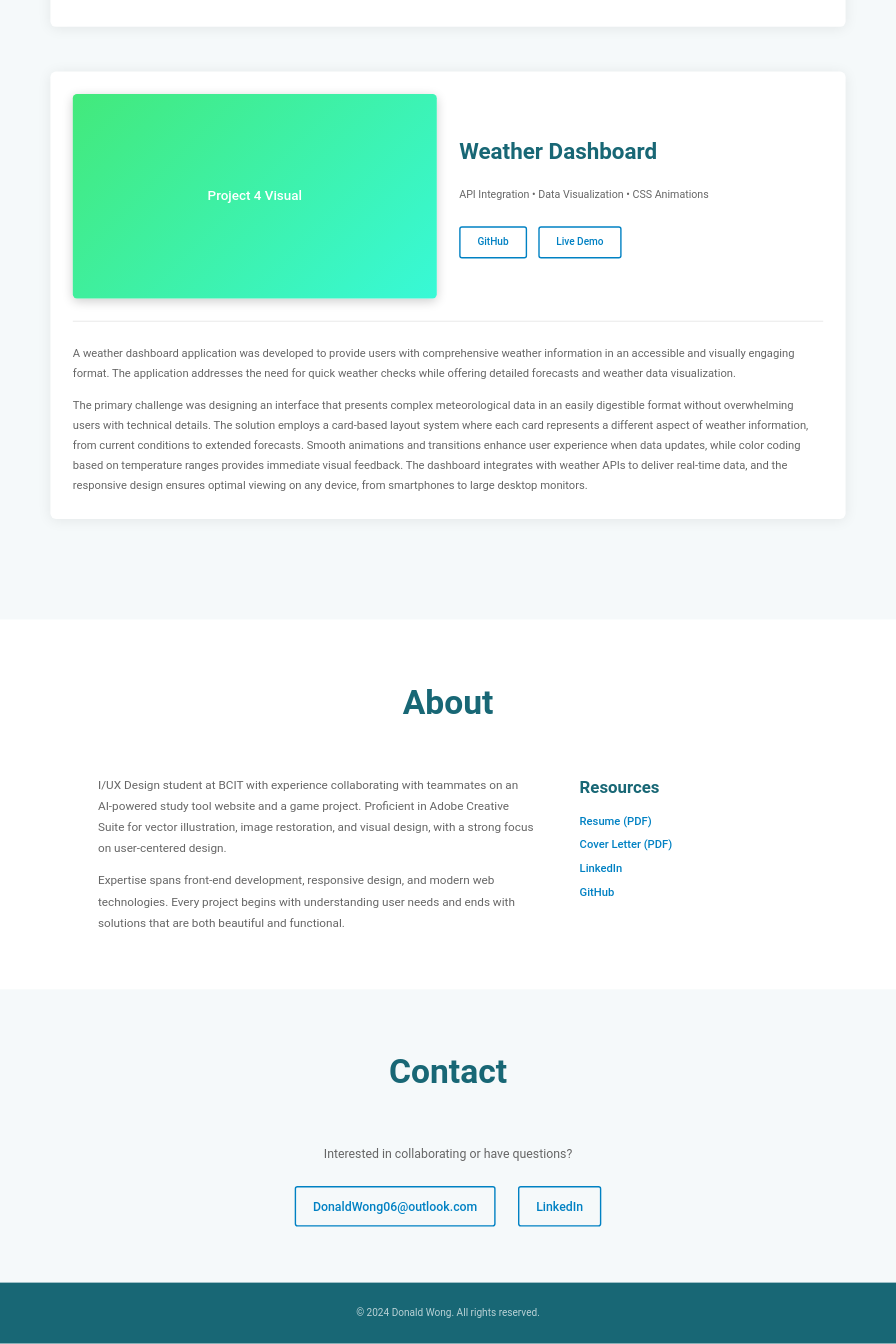
Repository: DonaldCWong/portfolio
Page: index.html
The author's editor kept a copy of each file at every save. The page is drawn from the files as they stood at one save, then again after the next save.
The browser window is 1280 px wide. The pictures show the part of the page from y = 3005 to 4925 px (the page is 4925 px tall before and 4878 px after), at 70% of full size.

Above is the page before, as saved 2026-01-08 15:39:04.

### index.html
<!DOCTYPE html>
<html lang="en">
<head>
    <meta charset="UTF-8">
    <meta name="viewport" content="width=device-width, initial-scale=1.0">
    <meta name="description" content="Donald Wong - Portfolio showcasing web development and design projects">
    <title>Donald Wong | Portfolio</title>
    <link rel="stylesheet" href="styles.css">
    <link rel="preconnect" href="https://fonts.googleapis.com">
    <link rel="preconnect" href="https://fonts.gstatic.com" crossorigin>
    <link href="https://fonts.googleapis.com/css2?family=Inter:wght@300;400;500;600;700&family=Playfair+Display:wght@400;600&display=swap" rel="stylesheet">
</head>
<body>
    <!-- Navigation -->
    <nav class="nav">
        <div class="nav-container">
            <a href="#home" class="logo">DW</a>
            <ul class="nav-menu">
                <li><a href="#projects">Projects</a></li>
                <li><a href="#about">About</a></li>
                <li><a href="#contact">Contact</a></li>
            </ul>
        </div>
    </nav>

    <!-- Hero / Landing -->
    <section id="home" class="hero">
        <div class="hero-content">
            <h1 class="hero-title">Donald Wong</h1>
            <p class="hero-subtitle">Graphic Designer & UX/UI Designer</p>
            <a href="#projects" class="cta-button">View Projects</a>
        </div>
    </section>

    <!-- Projects Section -->
    <section id="projects" class="projects">
        <div class="container">
            <h2 class="section-title">Projects</h2>

            <!-- Project 1 -->
            <article class="project">
                <div class="project-header">
                    <div class="project-visual">
                        <div class="project-image-placeholder project-1">
                            <span>Project 1 Visual</span>
                        </div>
                    </div>
                    <div class="project-info">
                        <h3 class="project-title">Illustrator Design</h3>
                        <p class="project-tags">Vector Graphics, Illustrator</p>
                        <div class="project-links">
                            <a href="https://github.com/DonaldCWong/ecommerce-platform" target="_blank" rel="noopener noreferrer" class="project-link">GitHub</a>
                            <a href="https://ecommerce-demo.netlify.app" target="_blank" rel="noopener noreferrer" class="project-link">Live Demo</a>
                        </div>
                    </div>
                </div>
                <div class="project-rationale">
                    <p>
                        A comprehensive e-commerce platform was developed to address the growing need for businesses to establish an online presence and facilitate seamless customer transactions. The platform enables merchants to manage inventory, process orders, and provide customers with an intuitive shopping experience.
                    </p>
                    <p>
                        The primary challenge involved creating a scalable system that could handle varying product catalogs while maintaining fast load times and ensuring secure payment processing. User research revealed that both merchants and customers needed straightforward interfaces that minimized complexity without sacrificing functionality. The design solution implemented a clean, modern interface with clear navigation patterns, responsive layouts for all devices, and integrated payment gateways. Visual hierarchy guides users through the shopping journey, while backend optimization ensures quick page loads even with extensive product listings.
                    </p>
                </div>
            </article>

            <!-- Project 2 -->
            <article class="project">
                <div class="project-header">
                    <div class="project-visual">
                        <div class="project-image-placeholder project-2">
                            <span>Project 2 Visual</span>
                        </div>
                    </div>
                    <div class="project-info">
                        <h3 class="project-title">Task Management Application</h3>
                        <p class="project-tags">Web App • JavaScript • Local Storage</p>
                        <div class="project-links">
                            <a href="https://github.com/DonaldCWong/task-manager" target="_blank" rel="noopener noreferrer" class="project-link">GitHub</a>
                            <a href="https://taskmanager-demo.netlify.app" target="_blank" rel="noopener noreferrer" class="project-link">Live Demo</a>
                        </div>
                    </div>
                </div>
                <div class="project-rationale">
                    <p>
                        A task management application was created to help individuals and small teams organize their workflows more effectively. The application provides users with tools to create, categorize, and track tasks through various stages of completion, addressing the common issue of scattered information across multiple platforms.
                    </p>
                    <p>
                        The design challenge centered on creating an interface that felt lightweight and approachable while offering sufficient organization features. Research indicated users wanted immediate access to their most important tasks without visual clutter. The solution features a minimal design with color-coded categories for quick visual scanning, drag-and-drop functionality for intuitive task organization, and local storage capabilities that preserve data without requiring account creation. The interface prioritizes clarity and efficiency, enabling users to manage their tasks with minimal cognitive load.
                    </p>
                </div>
            </article>

            <!-- Project 3 -->
            <article class="project">
                <div class="project-header">
                    <div class="project-visual">
                        <div class="project-image-placeholder project-3">
                            <span>Project 3 Visual</span>
                        </div>
                    </div>
                    <div class="project-info">
                        <h3 class="project-title">Restaurant Website Redesign</h3>
                        <p class="project-tags">Web Design • Responsive • Branding</p>
                        <div class="project-links">
                            <a href="https://github.com/DonaldCWong/restaurant-website" target="_blank" rel="noopener noreferrer" class="project-link">GitHub</a>
                            <a href="https://restaurant-redesign.netlify.app" target="_blank" rel="noopener noreferrer" class="project-link">Live Site</a>
                        </div>
                    </div>
                </div>
                <div class="project-rationale">
                    <p>
                        A local restaurant required a complete website redesign to modernize their online presence and improve customer engagement. The previous website lacked mobile responsiveness and failed to showcase the restaurant's atmosphere and menu effectively, resulting in decreased online reservations and customer inquiries.
                    </p>
                    <p>
                        The challenge involved creating a design that captured the restaurant's unique character while ensuring the website functioned flawlessly across all devices and provided clear pathways for reservations and menu viewing. The solution incorporated high-quality food photography as a central visual element, implemented a responsive grid system that adapts seamlessly to mobile, tablet, and desktop screens, and designed an intuitive navigation structure that guides visitors naturally toward making reservations or exploring the menu. Typography choices reflect the restaurant's sophisticated yet approachable brand, while strategic use of white space creates an elegant, uncluttered experience that lets the food and atmosphere shine.
                    </p>
                </div>
            </article>

            <!-- Project 4 -->
            <article class="project">
                <div class="project-header">
                    <div class="project-visual">
                        <div class="project-image-placeholder project-4">
                            <span>Project 4 Visual</span>
                        </div>
                    </div>
                    <div class="project-info">
                        <h3 class="project-title">Weather Dashboard</h3>
                        <p class="project-tags">API Integration • Data Visualization • CSS Animations</p>
                        <div class="project-links">
                            <a href="https://github.com/DonaldCWong/weather-dashboard" target="_blank" rel="noopener noreferrer" class="project-link">GitHub</a>
                            <a href="https://weather-dashboard-demo.netlify.app" target="_blank" rel="noopener noreferrer" class="project-link">Live Demo</a>
                        </div>
                    </div>
                </div>
                <div class="project-rationale">
                    <p>
                        A weather dashboard application was developed to provide users with comprehensive weather information in an accessible and visually engaging format. The application addresses the need for quick weather checks while offering detailed forecasts and weather data visualization.
                    </p>
                    <p>
                        The primary challenge was designing an interface that presents complex meteorological data in an easily digestible format without overwhelming users with technical details. The solution employs a card-based layout system where each card represents a different aspect of weather information, from current conditions to extended forecasts. Smooth animations and transitions enhance user experience when data updates, while color coding based on temperature ranges provides immediate visual feedback. The dashboard integrates with weather APIs to deliver real-time data, and the responsive design ensures optimal viewing on any device, from smartphones to large desktop monitors.
                    </p>
                </div>
            </article>
        </div>
    </section>

    <!-- About Section -->
    <section id="about" class="about">
        <div class="container">
            <h2 class="section-title">About</h2>
            <div class="about-content">
                <div class="about-text">
                    <p>
                      I/UX Design student at BCIT with experience collaborating with teammates on an AI-powered study tool website and a game project. Proficient in Adobe Creative Suite for vector illustration, image restoration, and visual design, with a strong focus on user-centered design.
                    <p>
                        Expertise spans front-end development, responsive design, and modern web technologies. Every project begins with understanding user needs and ends with solutions that are both beautiful and functional.
                    </p>
                </div>
                <div class="about-links">
                    <h3>Resources</h3>
                    <ul class="resource-links">
                        <li><a href="/resume.pdf" target="_blank" rel="noopener noreferrer">Resume (PDF)</a></li>
                        <li><a href="/cover-letter.pdf" target="_blank" rel="noopener noreferrer">Cover Letter (PDF)</a></li>
                        <li><a href="https://www.linkedin.com/in/donald-c-wong/" target="_blank" rel="noopener noreferrer">LinkedIn</a></li>
                        <li><a href="https://github.com/DonaldCWong" target="_blank" rel="noopener noreferrer">GitHub</a></li>
                    </ul>
                </div>
            </div>
        </div>
    </section>

    <!-- Contact Section -->
    <section id="contact" class="contact">
        <div class="container">
            <h2 class="section-title">Contact</h2>
            <div class="contact-content">
                <p>Interested in collaborating or have questions?</p>
                <div class="contact-links">
                    <a href="mailto:DonaldWong06@outlook.com" class="contact-link">DonaldWong06@outlook.com</a>
                    <a href="https://www.linkedin.com/in/donald-c-wong/" target="_blank" rel="noopener noreferrer" class="contact-link">LinkedIn</a>
                </div>
            </div>
        </div>
    </section>

    <!-- Footer -->
    <footer class="footer">
        <div class="container">
            <p>&copy; 2024 Donald Wong. All rights reserved.</p>
        </div>
    </footer>

    <script src="script.js"></script>
</body>
</html>

### styles.css
/* Reset and Base Styles */
* {
    margin: 0;
    padding: 0;
    box-sizing: border-box;
}

:root {
    /* Colors */
    --primary-color: #186775;
    --secondary-color: #f5f5f5;
    --accent-color: #0081c3;
    --accent-hover: #4abfa1;
    --text-primary: #1a1a1a;
    --text-secondary: #666666;
    --text-light: #999999;
    --border-color: #e0e0e0;
    --bg-light: #f5f9fa;

    /* Typography */
    --font-primary: 'Roboto', -apple-system, BlinkMacSystemFont, 'Segoe UI', sans-serif;
    --font-display: 'Roboto', -apple-system, BlinkMacSystemFont, 'Segoe UI', sans-serif;

    /* Spacing */
    --spacing-xs: 0.5rem;
    --spacing-sm: 1rem;
    --spacing-md: 2rem;
    --spacing-lg: 4rem;
    --spacing-xl: 6rem;

    /* Layout */
    --container-max-width: 1200px;
    --section-padding: 5rem 0;
}

html {
    scroll-behavior: smooth;
}

body {
    font-family: var(--font-primary);
    color: var(--text-primary);
    line-height: 1.6;
    font-size: 16px;
    background-color: #ffffff;
}

.container {
    max-width: var(--container-max-width);
    margin: 0 auto;
    padding: 0 var(--spacing-md);
}

/* Navigation */
.nav {
    position: fixed;
    top: 0;
    left: 0;
    right: 0;
    background-color: rgba(255, 255, 255, 0.95);
    backdrop-filter: blur(10px);
    box-shadow: 0 2px 10px rgba(0, 0, 0, 0.05);
    z-index: 1000;
    padding: var(--spacing-sm) 0;
}

.nav-container {
    max-width: var(--container-max-width);
    margin: 0 auto;
    padding: 0 var(--spacing-md);
    display: flex;
    justify-content: space-between;
    align-items: center;
}

.logo {
    font-family: var(--font-display);
    font-size: 1.5rem;
    font-weight: 600;
    color: var(--primary-color);
    text-decoration: none;
    letter-spacing: 0.05em;
}

.nav-menu {
    display: flex;
    list-style: none;
    gap: var(--spacing-md);
}

.nav-menu a {
    color: var(--text-primary);
    text-decoration: none;
    font-weight: 500;
    font-size: 0.95rem;
    transition: color 0.3s ease;
}

.nav-menu a:hover {
    color: var(--accent-color);
}

/* Hero Section */
.hero {
    min-height: 100vh;
    display: flex;
    align-items: center;
    justify-content: center;
    background: linear-gradient(135deg, #e8f4f6 0%, #c8e8eb 100%);
    padding-top: 80px;
    text-align: center;
}

.hero-content {
    max-width: 800px;
    padding: var(--spacing-md);
}

.hero-title {
    font-family: var(--font-display);
    font-size: clamp(3rem, 8vw, 6rem);
    font-weight: 600;
    color: var(--primary-color);
    margin-bottom: var(--spacing-sm);
    letter-spacing: -0.02em;
}

.hero-subtitle {
    font-size: clamp(1.1rem, 2vw, 1.5rem);
    color: var(--text-secondary);
    margin-bottom: var(--spacing-md);
    font-weight: 400;
}

.cta-button {
    display: inline-block;
    padding: 1rem 2.5rem;
    background-color: var(--accent-color);
    color: white;
    text-decoration: none;
    border-radius: 4px;
    font-weight: 500;
    transition: background-color 0.3s ease, transform 0.2s ease;
    margin-top: var(--spacing-sm);
}

.cta-button:hover {
    background-color: var(--accent-hover);
    transform: translateY(-2px);
}

/* Section Styles */
section {
    padding: var(--section-padding);
}

.section-title {
    font-family: var(--font-display);
    font-size: clamp(2rem, 4vw, 3rem);
    font-weight: 600;
    margin-bottom: var(--spacing-lg);
    text-align: center;
    color: var(--primary-color);
}

/* Projects Section */
.projects {
    background-color: var(--bg-light);
}

.project {
    background-color: white;
    border-radius: 8px;
    padding: var(--spacing-md);
    margin-bottom: var(--spacing-lg);
    box-shadow: 0 2px 20px rgba(0, 0, 0, 0.08);
    transition: transform 0.3s ease, box-shadow 0.3s ease;
}

.project:hover {
    transform: translateY(-4px);
    box-shadow: 0 4px 30px rgba(0, 0, 0, 0.12);
}

.project-header {
    display: grid;
    grid-template-columns: 1fr 1fr;
    gap: var(--spacing-md);
    margin-bottom: var(--spacing-md);
    align-items: center;
}

.project-visual {
    width: 100%;
}

.project-image-placeholder {
    width: 100%;
    aspect-ratio: 16 / 9;
    background: linear-gradient(135deg, #667eea 0%, #764ba2 100%);
    border-radius: 6px;
    display: flex;
    align-items: center;
    justify-content: center;
    color: white;
    font-size: 1.2rem;
    font-weight: 500;
    box-shadow: 0 4px 15px rgba(0, 0, 0, 0.2);
}

.project-image {
    width: 100%;
    height: auto;
    aspect-ratio: 16 / 9;
    object-fit: cover;
    border-radius: 6px;
    box-shadow: 0 4px 15px rgba(0, 0, 0, 0.2);
}

.project-2 {
    background: linear-gradient(135deg, #f093fb 0%, #f5576c 100%);
}

.project-3 {
    background: linear-gradient(135deg, #4facfe 0%, #00f2fe 100%);
}

.project-4 {
    background: linear-gradient(135deg, #43e97b 0%, #38f9d7 100%);
}

.project-info {
    display: flex;
    flex-direction: column;
    gap: var(--spacing-sm);
}

.project-title {
    font-family: var(--font-display);
    font-size: clamp(1.5rem, 3vw, 2rem);
    font-weight: 600;
    color: var(--primary-color);
    margin-bottom: var(--spacing-xs);
}

.project-tags {
    color: var(--text-secondary);
    font-size: 0.95rem;
    margin-bottom: var(--spacing-sm);
}

.project-links {
    display: flex;
    gap: var(--spacing-sm);
    flex-wrap: wrap;
}

.project-link {
    display: inline-block;
    padding: 0.6rem 1.5rem;
    border: 2px solid var(--accent-color);
    color: var(--accent-color);
    text-decoration: none;
    border-radius: 4px;
    font-weight: 500;
    font-size: 0.9rem;
    transition: all 0.3s ease;
}

.project-link:hover {
    background-color: var(--accent-color);
    color: white;
}

.project-rationale {
    margin-top: var(--spacing-md);
    padding-top: var(--spacing-md);
    border-top: 1px solid var(--border-color);
}

.project-rationale p {
    margin-bottom: var(--spacing-sm);
    color: var(--text-secondary);
    line-height: 1.8;
    font-size: 1rem;
}

.project-rationale p:last-child {
    margin-bottom: 0;
}

/* About Section */
.about {
    background-color: white;
}

.about-content {
    display: grid;
    grid-template-columns: 2fr 1fr;
    gap: var(--spacing-lg);
    max-width: 1000px;
    margin: 0 auto;
}

.about-text p {
    margin-bottom: var(--spacing-sm);
    color: var(--text-secondary);
    line-height: 1.8;
    font-size: 1.05rem;
}

.about-text p:last-child {
    margin-bottom: 0;
}

.about-links h3 {
    font-family: var(--font-display);
    font-size: 1.5rem;
    margin-bottom: var(--spacing-sm);
    color: var(--primary-color);
}

.resource-links {
    list-style: none;
    display: flex;
    flex-direction: column;
    gap: var(--spacing-xs);
}

.resource-links a {
    color: var(--accent-color);
    text-decoration: none;
    font-weight: 500;
    transition: color 0.3s ease;
    padding: 0.5rem 0;
    border-bottom: 1px solid transparent;
}

.resource-links a:hover {
    color: var(--accent-hover);
    border-bottom-color: var(--accent-hover);
}

/* Contact Section */
.contact {
    background-color: var(--bg-light);
    text-align: center;
}

.contact-content {
    max-width: 600px;
    margin: 0 auto;
}

.contact-content > p {
    font-size: 1.1rem;
    color: var(--text-secondary);
    margin-bottom: var(--spacing-md);
}

.contact-links {
    display: flex;
    justify-content: center;
    gap: var(--spacing-md);
    flex-wrap: wrap;
}

.contact-link {
    color: var(--accent-color);
    text-decoration: none;
    font-weight: 500;
    font-size: 1.1rem;
    padding: 0.8rem 1.5rem;
    border: 2px solid var(--accent-color);
    border-radius: 4px;
    transition: all 0.3s ease;
}

.contact-link:hover {
    background-color: var(--accent-color);
    color: white;
}

/* Footer */
.footer {
    background-color: var(--primary-color);
    color: white;
    padding: var(--spacing-md) 0;
    text-align: center;
}

.footer p {
    color: rgba(255, 255, 255, 0.7);
    font-size: 0.9rem;
}

/* Responsive Design */
@media (max-width: 768px) {
    :root {
        --section-padding: 3rem 0;
        --spacing-lg: 2rem;
    }

    .nav-menu {
        gap: var(--spacing-sm);
    }

    .nav-menu a {
        font-size: 0.85rem;
    }

    .project-header {
        grid-template-columns: 1fr;
    }

    .project-info {
        order: -1;
    }

    .about-content {
        grid-template-columns: 1fr;
    }

    .contact-links {
        flex-direction: column;
        align-items: center;
    }

    .project-link {
        width: 100%;
        text-align: center;
    }
}

@media (max-width: 480px) {
    .container {
        padding: 0 var(--spacing-sm);
    }

    .nav-container {
        padding: 0 var(--spacing-sm);
    }

    .project {
        padding: var(--spacing-sm);
    }

    .project-image-placeholder {
        font-size: 1rem;
    }
}

Loaded but not shown: script.js (48 lines, source omitted)

After the next save:
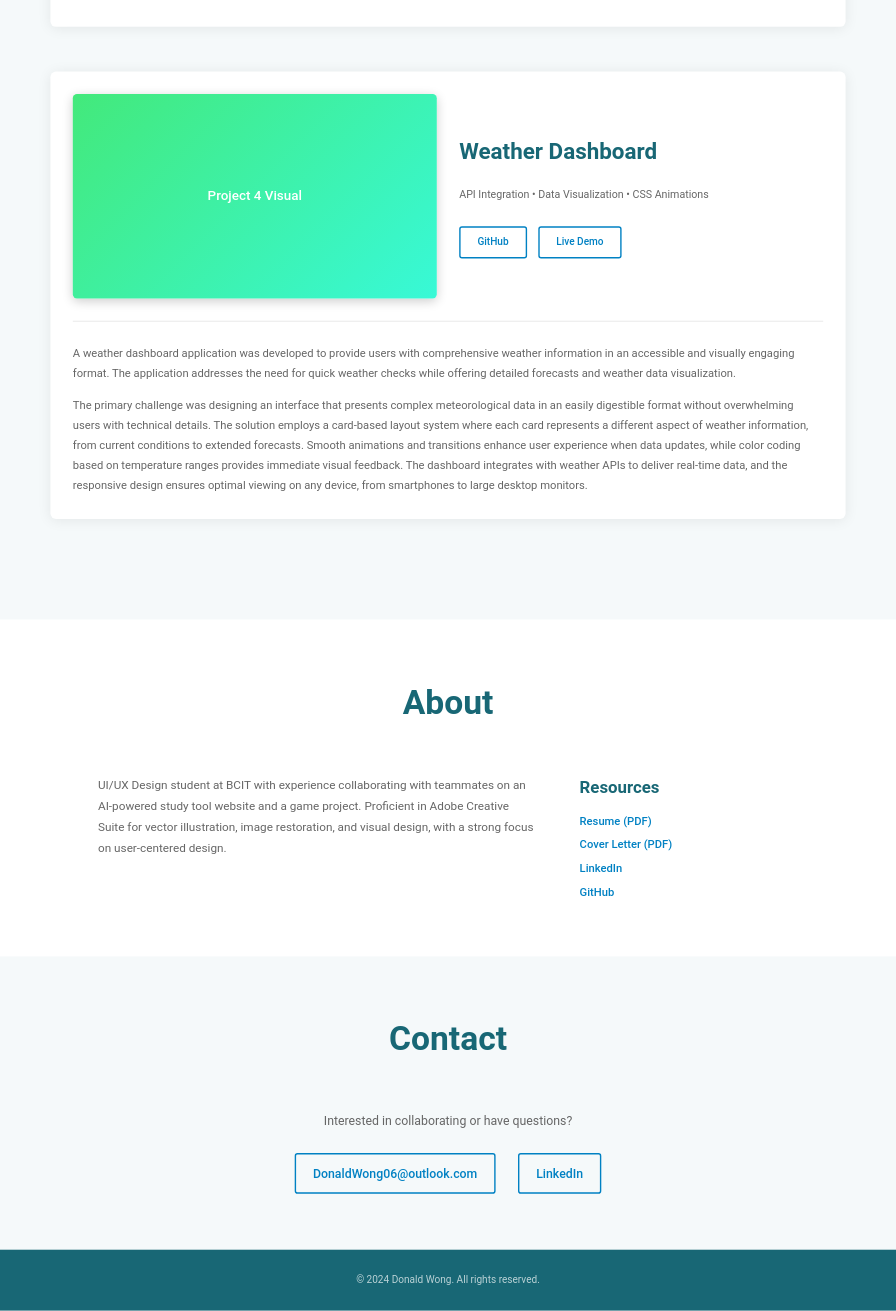
Saved 30 s later.
--- a/index.html
+++ b/index.html
@@ -154,9 +154,7 @@
             <div class="about-content">
                 <div class="about-text">
                     <p>
-                      I/UX Design student at BCIT with experience collaborating with teammates on an AI-powered study tool website and a game project. Proficient in Adobe Creative Suite for vector illustration, image restoration, and visual design, with a strong focus on user-centered design.
-                    <p>
-                        Expertise spans front-end development, responsive design, and modern web technologies. Every project begins with understanding user needs and ends with solutions that are both beautiful and functional.
+                      UI/UX Design student at BCIT with experience collaborating with teammates on an AI-powered study tool website and a game project. Proficient in Adobe Creative Suite for vector illustration, image restoration, and visual design, with a strong focus on user-centered design.
                     </p>
                 </div>
                 <div class="about-links">
